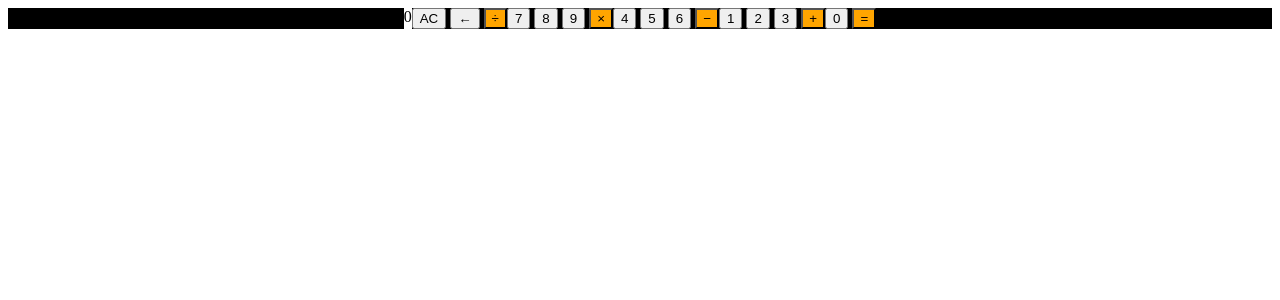
Repository: KaylaDamons/LAB-calculator
Page: index.html
An editor plug-in stored every save of this project. The page is shown before and after the next save, followed by the edit.
The browser window is 1280 px wide. The pictures show the whole page.

Above is the page before, as saved 2024-01-13 18:27:10.

After the next save:
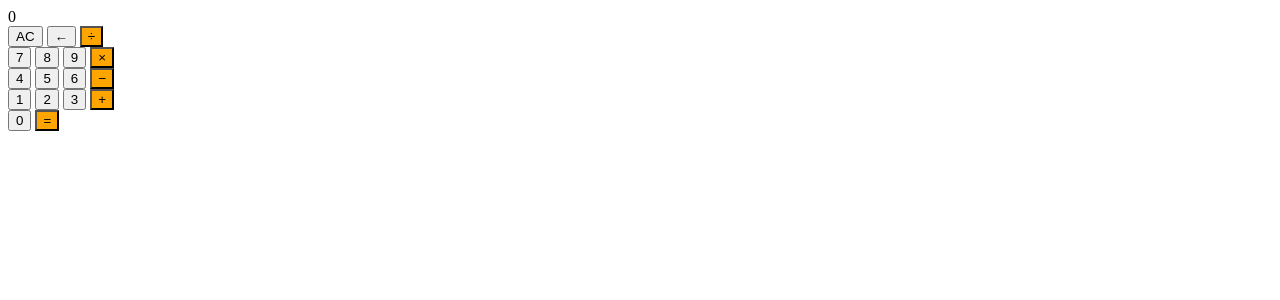
Saved 91 s later.
--- a/main.css
+++ b/main.css
@@ -1,12 +1,6 @@
 
 
-.wrapper {
-  display: flex;
-  flex-wrap: wrap;
-  background-color:black;
-  justify-content: center;
 
-}
 
 .sumbar {
  background-color:white;
